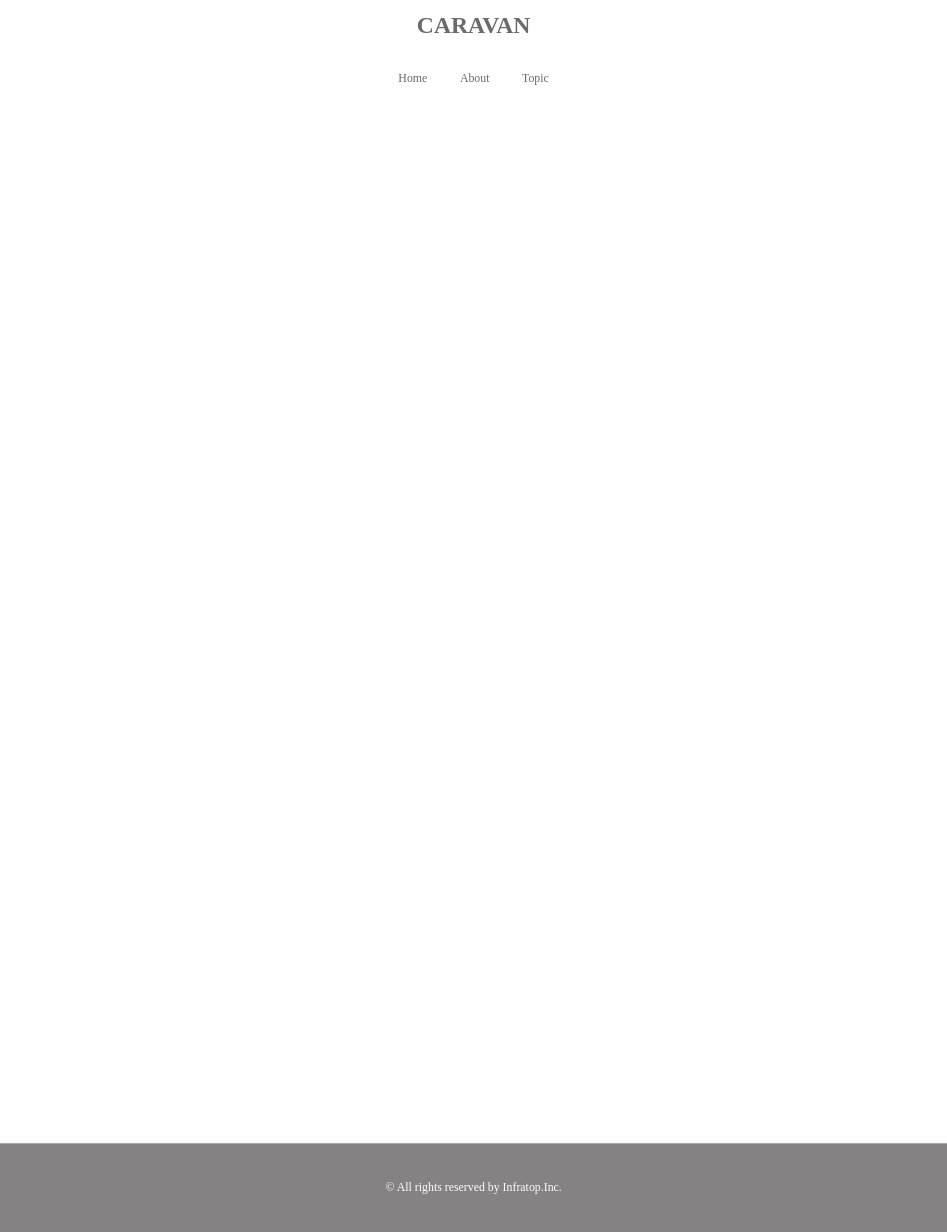
Repository: mitoma99/task4
Page: caravan/index.html
The author's editor kept a record of every edit. The page is drawn from the files as they stood at one moment, then again after the next edit.
The browser window is 1280 px wide. The pictures show the whole page, at 74% of full size.

Above is the page before.

After the next edit:
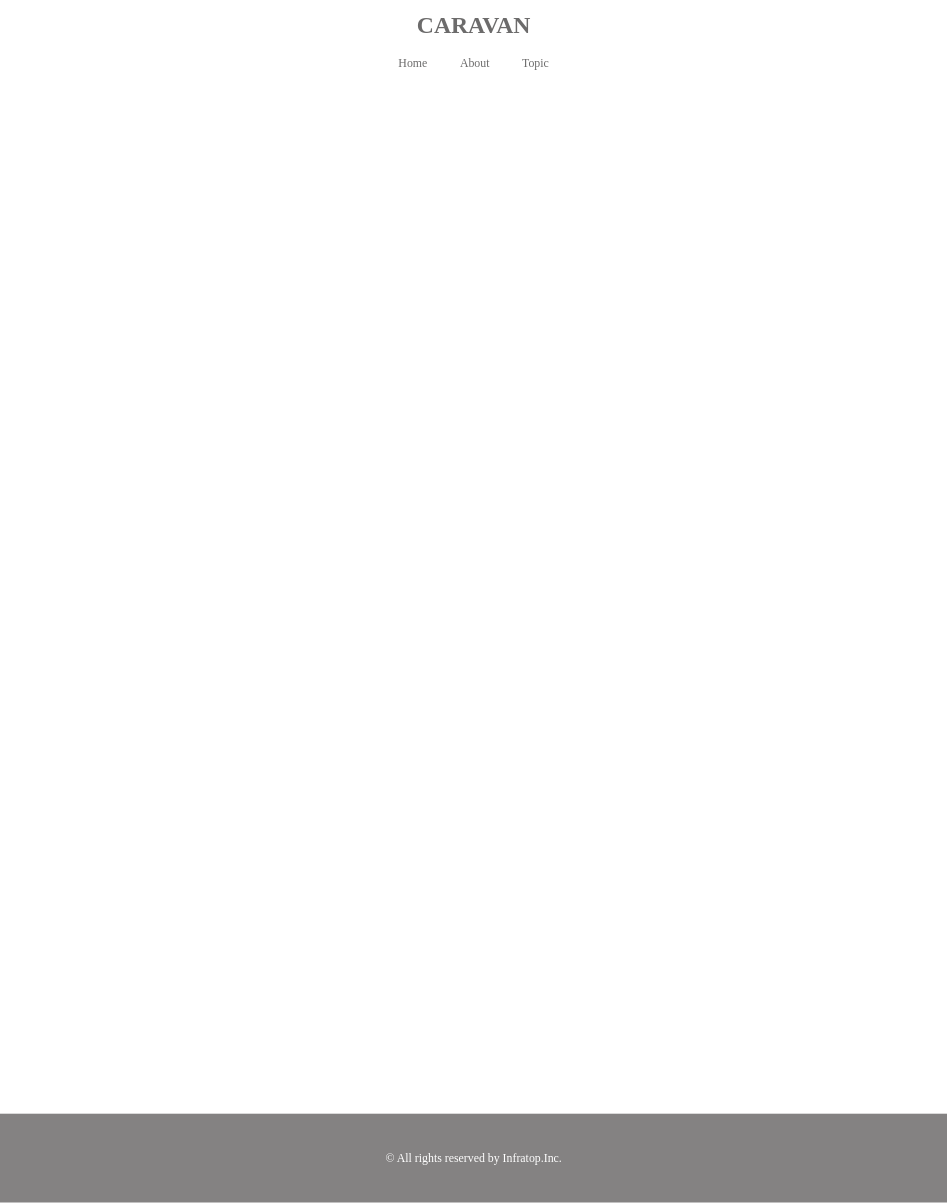
The edit:
--- a/caravan/style.css
+++ b/caravan/style.css
@@ -29,7 +29,7 @@
 .nav-list-item{
   list-style:none;
   display:inline-block;
-  margin:020px;
+  margin:0 20px;
 }
 
 .main-visual{
